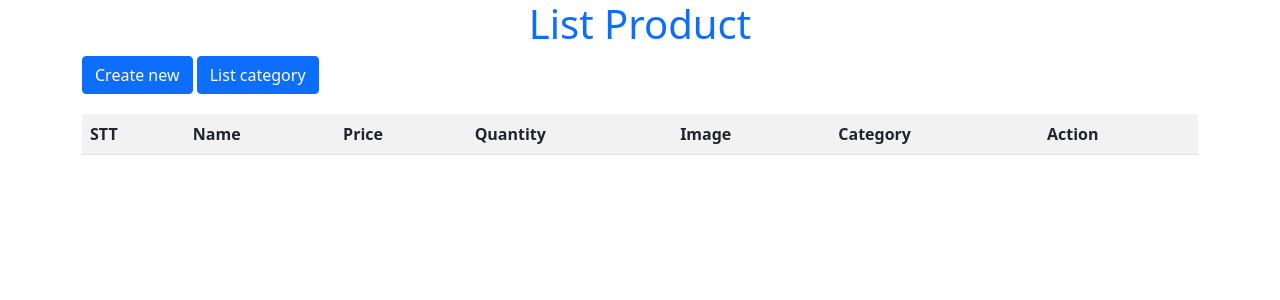
Repository: hongquan16101995/servlet-jw0124
Page: http://localhost/demo/products
The author's editor kept a copy of each file at every save. The page is drawn from the files as they stood at one save, then again after the next save.
The browser window is 1280 px wide. The pictures show the whole page.
The page is served by Tomcat 9.

Above is the page before, as saved 2024-05-21 12:01:25.

After the next save:
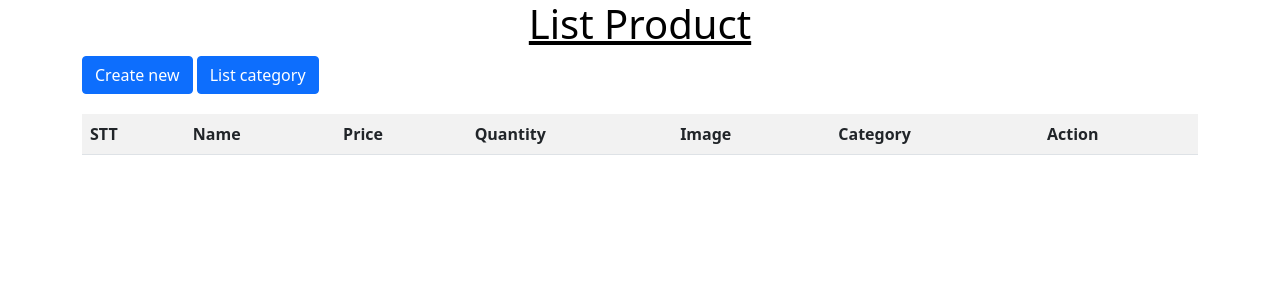
Saved 45 s later.
--- a/demo/src/main/webapp/product/list.jsp
+++ b/demo/src/main/webapp/product/list.jsp
@@ -23,7 +23,8 @@
 	}
 
 	a {
-		text-decoration: none;
+
+		color: black;
 	}
 </style>
 </head>
